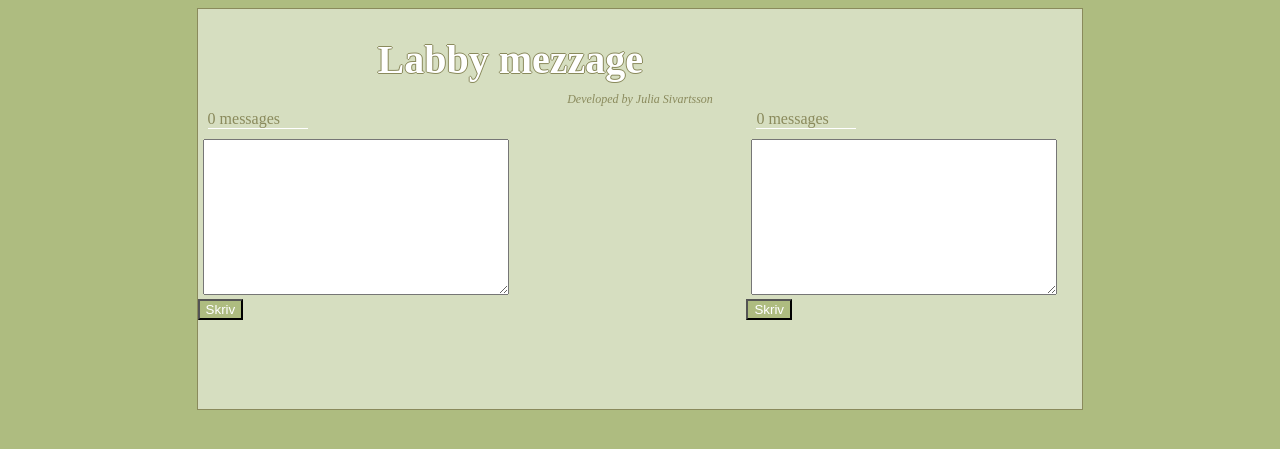
Repository: JuliaSivartsson/1dv403-jsigc09-laborationer
Page: 2-labbymezzage/Extraupgift/index.html
The author's editor kept a record of every edit. The page is drawn from the files as they stood at one moment, then again after the next edit.
The browser window is 1280 px wide. The pictures show the whole page.

Above is the page before.

After the next edit:
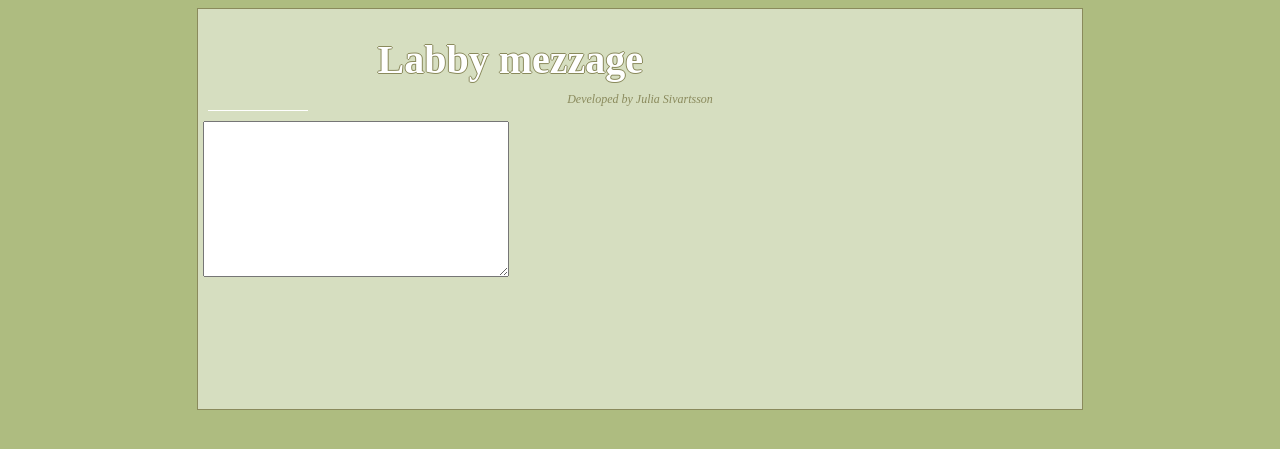
Console error: ReferenceError: mezzageButton is not defined
The edit:
--- a/2-labbymezzage/Extraupgift/js/MessageBoard.js
+++ b/2-labbymezzage/Extraupgift/js/MessageBoard.js
@@ -162,13 +162,7 @@
 
         that.count();
 
-        //Referens till submit-knappen
-        var mezzageButton = document.createElement("button");
-        mezzageButton.className = "button";
-        var buttonText = document.createTextNode("Skriv");
-        mezzageButton.appendChild(buttonText);
 
-        this.rootId.appendChild(mezzageButton);
 
         mezzageButton.onclick = function(e){
             that.createMessage();

After the edit that followed:
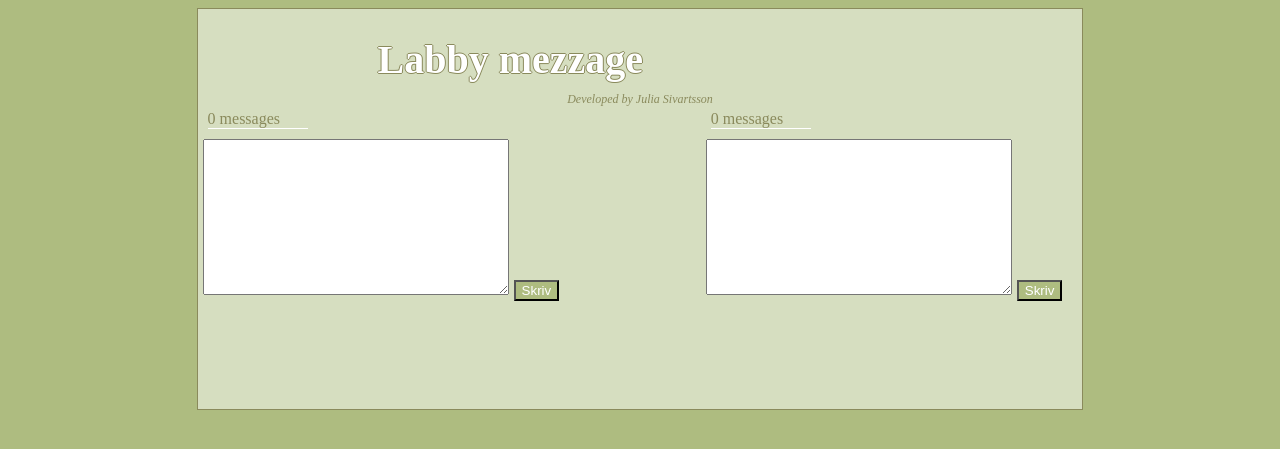
The error is gone.
The edit:
--- a/2-labbymezzage/Extraupgift/js/MessageBoard.js
+++ b/2-labbymezzage/Extraupgift/js/MessageBoard.js
@@ -156,6 +156,14 @@
 
         this.rootId.appendChild(mezzageTextarea);
 
+        //Referens till submit-knappen
+        var mezzageButton = document.createElement("button");
+        mezzageButton.className = "button";
+        var buttonText = document.createTextNode("Skriv");
+        mezzageButton.appendChild(buttonText);
+
+        this.rootId.appendChild(mezzageButton);
+
         var mezzageMain = document.createElement("div");
         mezzageMain.className = "viewmessages";
         this.rootId.appendChild(mezzageMain);
